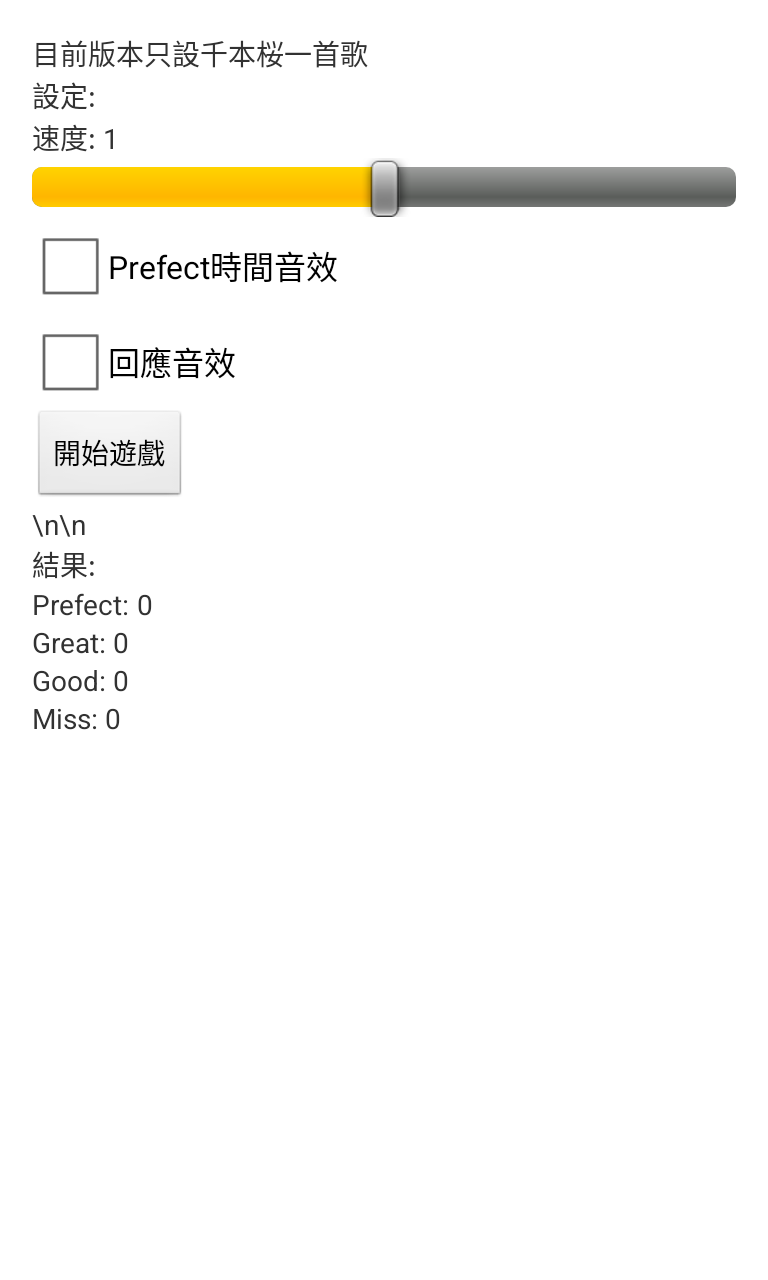
Repository: dogwong/marumaru
Layout: maimai_test/marumaru/res/layout/activity_main.xml
An editor plug-in stored every save of this project. The layout is shown before and after the next save, followed by the edit.
It is drawn on a 768 x 1280 px phone screen (xhdpi) without system bars, with theme AppTheme; the app's code is not run.

Above is the layout before, as saved 2013-06-10 16:15:12.

### maimai_test/marumaru/res/layout/activity_main.xml
<LinearLayout xmlns:android="http://schemas.android.com/apk/res/android"
    xmlns:tools="http://schemas.android.com/tools"
    android:id="@+id/LinearLayout1"
    android:layout_width="match_parent"
    android:layout_height="match_parent"
    android:orientation="vertical"
    android:paddingBottom="@dimen/activity_vertical_margin"
    android:paddingLeft="@dimen/activity_horizontal_margin"
    android:paddingRight="@dimen/activity_horizontal_margin"
    android:paddingTop="@dimen/activity_vertical_margin"
    tools:context=".MainActivity" >

    <TextView
        android:id="@+id/textView1"
        android:layout_width="wrap_content"
        android:layout_height="wrap_content"
        android:text="目前版本只設千本桜一首歌" />

    <TextView
        android:id="@+id/textView2"
        android:layout_width="wrap_content"
        android:layout_height="wrap_content"
        android:text="設定:" />

    <TableRow
        android:id="@+id/tableRow1"
        android:layout_width="match_parent"
        android:layout_height="wrap_content" >

        <TextView
            android:id="@+id/textView3"
            android:layout_width="wrap_content"
            android:layout_height="wrap_content"
            android:text="速度: " />

        <TextView
            android:id="@+id/tvSpeed"
            android:layout_width="wrap_content"
            android:layout_height="wrap_content"
            android:text="1" />

    </TableRow>

    <TableRow
        android:id="@+id/tableRow2"
        android:layout_width="match_parent"
        android:layout_height="wrap_content" >

        <SeekBar
            android:id="@+id/sbSpeed"
            android:layout_width="match_parent"
            android:layout_height="wrap_content"
            android:max="8"
            android:progress="4" />

    </TableRow>

    <CheckBox
        android:id="@+id/cbStandardSE"
        android:layout_width="wrap_content"
        android:layout_height="wrap_content"
        android:text="Prefect時間音效" />

    <CheckBox
        android:id="@+id/cbResponseSE"
        android:layout_width="wrap_content"
        android:layout_height="wrap_content"
        android:text="回應音效" />

    <Button
        android:id="@+id/btnStart"
        android:layout_width="wrap_content"
        android:layout_height="wrap_content"
        android:text="開始遊戲" />

    <TextView
        android:id="@+id/textView5"
        android:layout_width="wrap_content"
        android:layout_height="wrap_content"
        android:text="\n\n" />

    <TextView
        android:id="@+id/textView6"
        android:layout_width="wrap_content"
        android:layout_height="wrap_content"
        android:text="結果:" />

    <TableRow
        android:id="@+id/tableRow3"
        android:layout_width="match_parent"
        android:layout_height="wrap_content" >

        <TextView
            android:id="@+id/textView7"
            android:layout_width="wrap_content"
            android:layout_height="wrap_content"
            android:text="Prefect: " />

        <TextView
            android:id="@+id/tvPrefect"
            android:layout_width="wrap_content"
            android:layout_height="wrap_content"
            android:text="0" />

    </TableRow>

    <TableRow
        android:id="@+id/tableRow4"
        android:layout_width="match_parent"
        android:layout_height="wrap_content" >

        <TextView
            android:id="@+id/textView8"
            android:layout_width="wrap_content"
            android:layout_height="wrap_content"
            android:text="Great: " />

        <TextView
            android:id="@+id/tvGreat"
            android:layout_width="wrap_content"
            android:layout_height="wrap_content"
            android:text="0" />

    </TableRow>

    <TableRow
        android:id="@+id/tableRow5"
        android:layout_width="match_parent"
        android:layout_height="wrap_content" >

        <TextView
            android:id="@+id/textView9"
            android:layout_width="wrap_content"
            android:layout_height="wrap_content"
            android:text="Good: " />

        <TextView
            android:id="@+id/tvGood"
            android:layout_width="wrap_content"
            android:layout_height="wrap_content"
            android:text="0" />

    </TableRow>

    <TableRow
        android:id="@+id/tableRow6"
        android:layout_width="match_parent"
        android:layout_height="wrap_content" >

        <TextView
            android:id="@+id/textView10"
            android:layout_width="wrap_content"
            android:layout_height="wrap_content"
            android:text="Miss: " />

        <TextView
            android:id="@+id/tvMiss"
            android:layout_width="wrap_content"
            android:layout_height="wrap_content"
            android:text="0" />

    </TableRow>

</LinearLayout>

Loaded but not shown: maimai_test/marumaru/res/values/styles.xml (common file); maimai_test/marumaru/res/values/dimens.xml (common file)

After the next save:
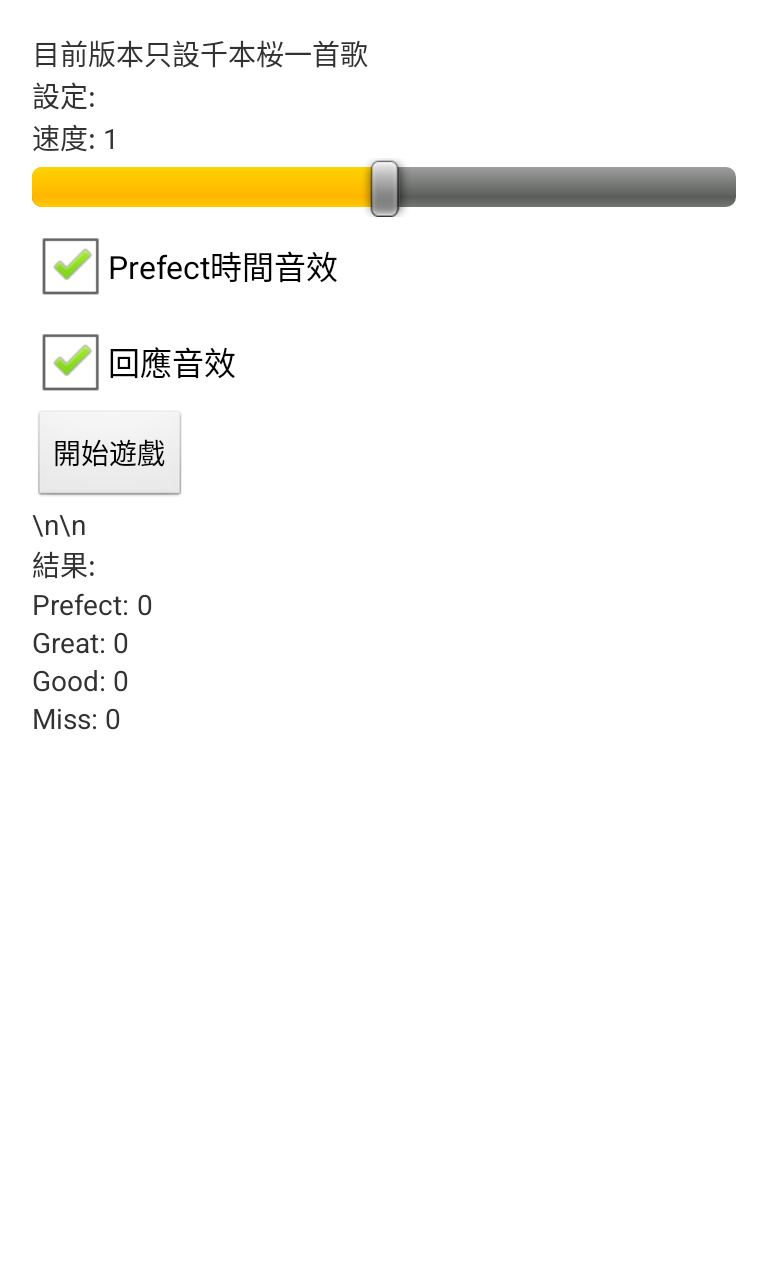
Saved 2 min 20 s later.
--- a/maimai_test/marumaru/res/layout/activity_main.xml
+++ b/maimai_test/marumaru/res/layout/activity_main.xml
@@ -59,12 +59,14 @@
         android:id="@+id/cbStandardSE"
         android:layout_width="wrap_content"
         android:layout_height="wrap_content"
+        android:checked="true"
         android:text="Prefect時間音效" />
 
     <CheckBox
         android:id="@+id/cbResponseSE"
         android:layout_width="wrap_content"
         android:layout_height="wrap_content"
+        android:checked="true"
         android:text="回應音效" />
 
     <Button
